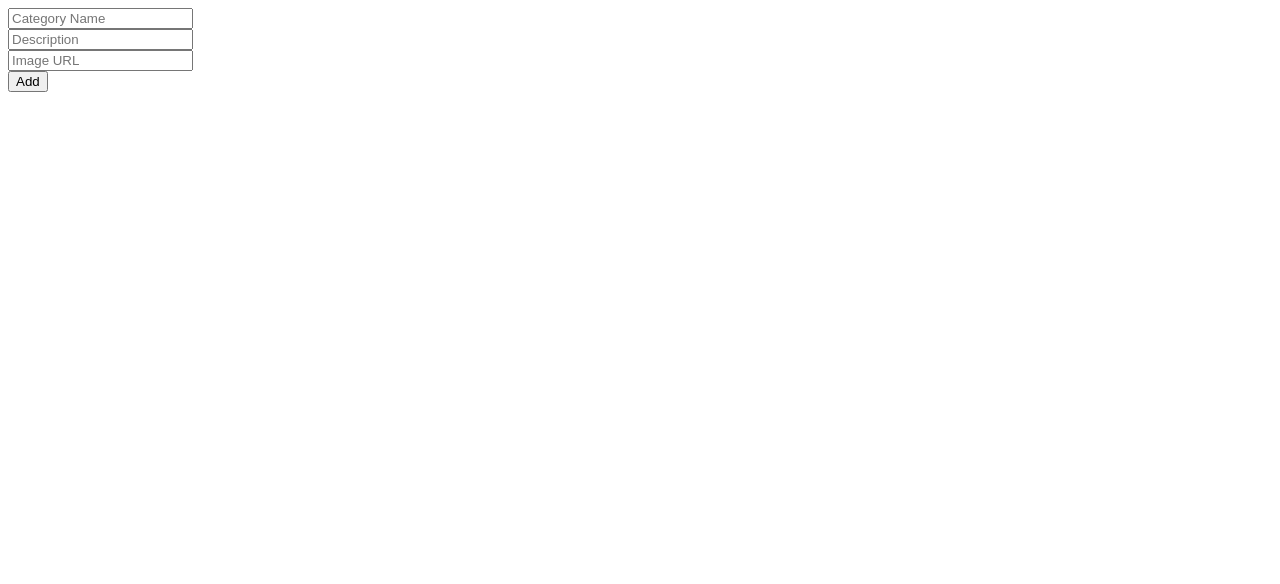
Repository: SarkarSubhajit/Advenced_Java
Page: FirstProject/src/main/webapp/addCategory.html
These files come from the project's save history. The page is drawn as it stood at one moment and after the next save; the edit follows.
The browser window is 1280 px wide. The pictures show the whole page.

Above is the page before, as saved 2025-12-05 21:22:06.

### FirstProject/src/main/webapp/addCategory.html
<!DOCTYPE html>
<html>
<head>
<meta charset="UTF-8">
<title>Insert title here</title>
</head>
<body>
	<form action="/FirstProject/admin/AddCategory" method="post" >
		<input type="text" name="categoryName" placeholder="Category Name" /><br />
		<input type="text" name="description" placeholder="Description" /><br />
		<input type="text" name="imageURL" placeholder="Image URL" /><br />

		<input type="submit" value="Add" />
	</form>
</body>
</html>

After the next save:
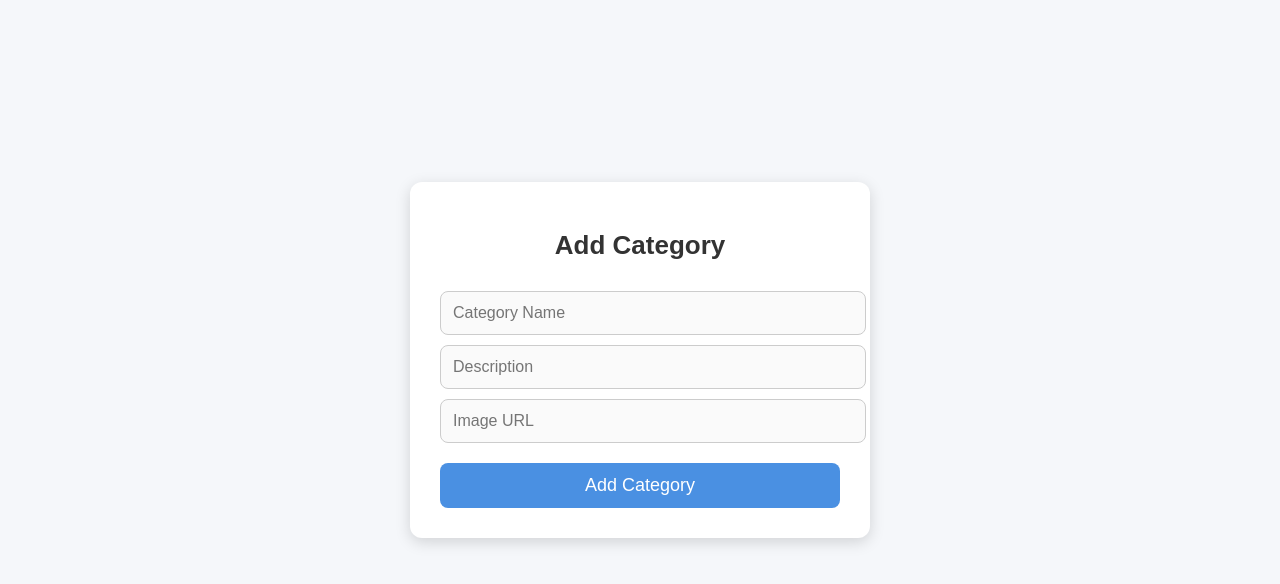
Saved 51 s later.
--- a/FirstProject/src/main/webapp/addCategory.html
+++ b/FirstProject/src/main/webapp/addCategory.html
@@ -2,15 +2,83 @@
 <html>
 <head>
 <meta charset="UTF-8">
-<title>Insert title here</title>
+<title>Add Category</title>
+
+<style>
+    body {
+        font-family: Arial, sans-serif;
+        background: #f5f7fa;
+        display: flex;
+        justify-content: center;
+        align-items: center;
+        height: 100vh;
+        margin: 0;
+    }
+
+    .container {
+        background: white;
+        width: 400px;
+        padding: 30px;
+        border-radius: 12px;
+        box-shadow: 0px 4px 15px rgba(0,0,0,0.15);
+        text-align: center;
+    }
+
+    h1 {
+        margin-bottom: 20px;
+        color: #333;
+        font-size: 26px;
+    }
+
+    input[type="text"] {
+        width: 100%;
+        padding: 12px;
+        margin-top: 10px;
+        font-size: 16px;
+        border-radius: 8px;
+        border: 1px solid #ccc;
+        background: #fafafa;
+        transition: 0.3s;
+    }
+
+    input[type="text"]:focus {
+        border-color: #4a90e2;
+        outline: none;
+        background: #fff;
+    }
+
+    .btn {
+        margin-top: 20px;
+        width: 100%;
+        padding: 12px;
+        background: #4a90e2;
+        color: white;
+        border: none;
+        border-radius: 8px;
+        font-size: 18px;
+        cursor: pointer;
+        transition: background 0.3s;
+    }
+
+    .btn:hover {
+        background: #357ab7;
+    }
+</style>
+
 </head>
 <body>
-	<form action="/FirstProject/admin/AddCategory" method="post" >
-		<input type="text" name="categoryName" placeholder="Category Name" /><br />
-		<input type="text" name="description" placeholder="Description" /><br />
-		<input type="text" name="imageURL" placeholder="Image URL" /><br />
 
-		<input type="submit" value="Add" />
-	</form>
+    <div class="container">
+        <h1>Add Category</h1>
+
+        <form action="/FirstProject/admin/AddCategory" method="post">
+            <input type="text" name="categoryName" placeholder="Category Name" required /><br />
+            <input type="text" name="description" placeholder="Description" required /><br />
+            <input type="text" name="imageURL" placeholder="Image URL" required /><br />
+
+            <button class="btn" type="submit">Add Category</button>
+        </form>
+    </div>
+
 </body>
 </html>
